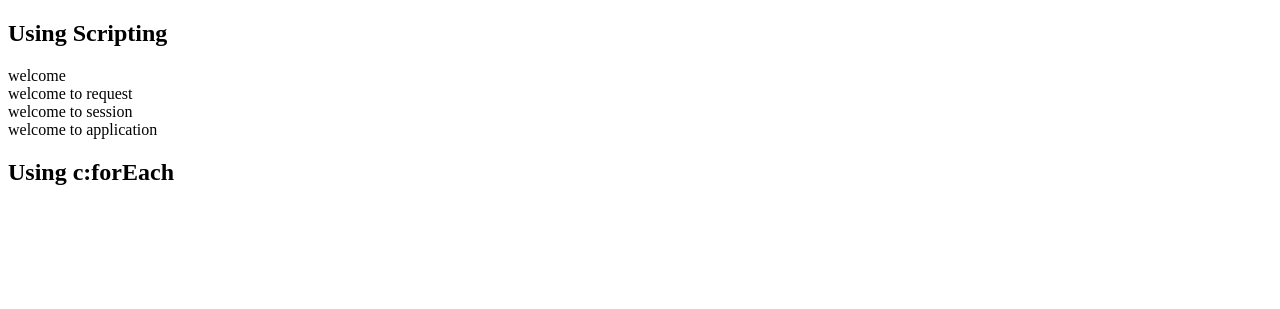
Repository: bigee1397/22-3-2024
Page: http://localhost/JSPDemos/explang.jsp
An editor plug-in stored every save of this project. The page is shown before and after the next save, followed by the edit.
The browser window is 1280 px wide. The pictures show the whole page.
The page is served by Tomcat 9.

Above is the page before, as saved 2024-03-18 06:02:15.

After the next save:
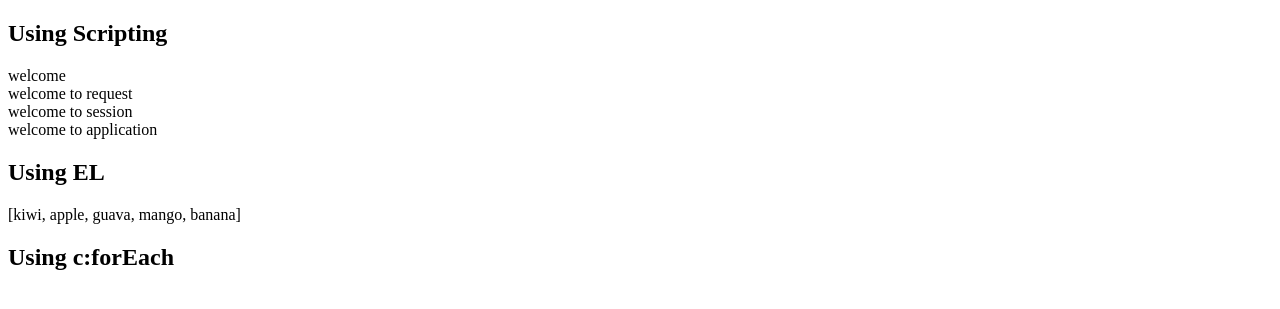
Saved 18 s later.
--- a/jspandservlets/JSPDemos/src/main/webapp/explang.jsp
+++ b/jspandservlets/JSPDemos/src/main/webapp/explang.jsp
@@ -26,6 +26,9 @@
 		session.setAttribute("fruitsList", fruits);
 	%>
 
+	<h2>Using EL</h2>
+	${fruitsList }
+
 	<h2>Using c:forEach</h2>
 	<c:forEach items="${fruitsList }" var="fruit" >
 	${fruit }<br />
